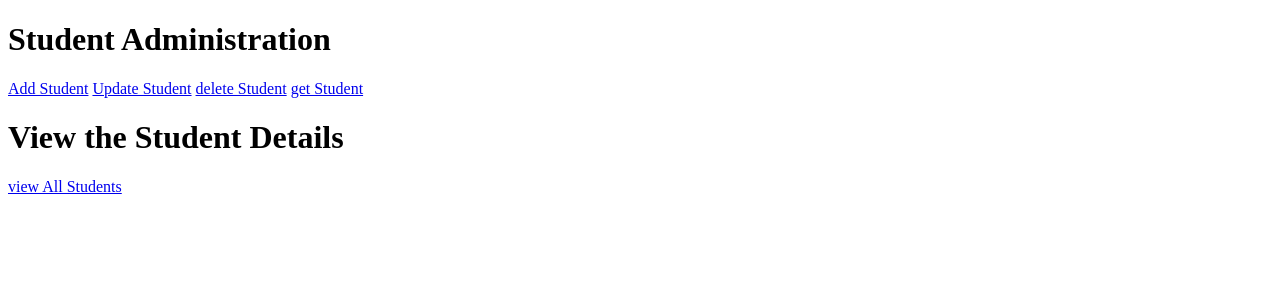
Repository: Anandnand/Web-Application
Page: http://localhost/getAllStudent
The author's editor kept a copy of each file at every save. The page is drawn from the files as they stood at one save, then again after the next save.
The browser window is 1280 px wide. The pictures show the whole page.
The page is this project's Thymeleaf template; nobody is signed in. The template is opened directly, without the code that normally fills it, so the values that code supplies are empty.

Above is the page before, as saved 2024-03-25 17:56:20.

After the next save:
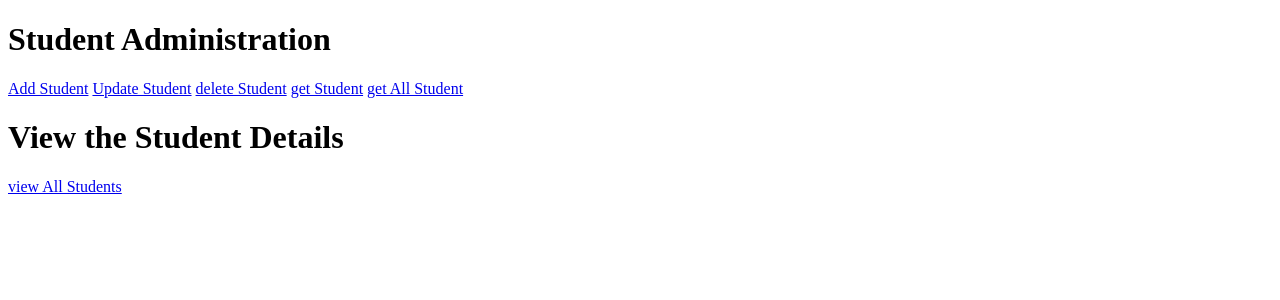
Saved 49 s later.
--- a/Login/src/main/resources/templates/getAllStudent.html
+++ b/Login/src/main/resources/templates/getAllStudent.html
@@ -14,6 +14,8 @@
 			<a href="/api/nav/updateStudent" >Update Student</a>
 			<a href="/api/nav/deleteStudent" >delete Student</a>
 			<a href="/api/nav/getStudent">get Student</a>
+			<a href="/api/nav/getAllStudent">get All Student</a>
+
 		</nav>
 	</div>
 
